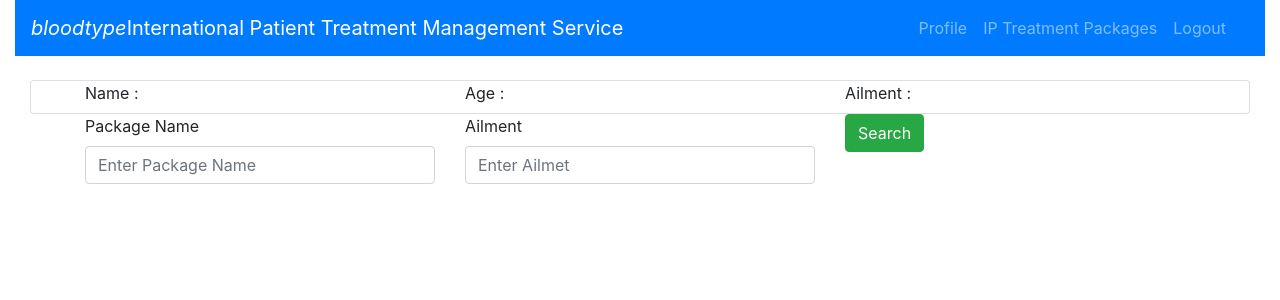
Repository: Vineet2408/POD-Cognizant
Page: http://localhost/iptms-UIportal/WEB-INF/view/IPTreatmentPackagesServices.jsp
An editor plug-in stored every save of this project. The page is shown before and after the next save, followed by the edit.
The browser window is 1280 px wide. The pictures show the whole page.
The page is served by Tomcat 9. Nobody is signed in. The template is opened directly, without the code that normally fills it, so the values that code supplies are empty.

Above is the page before, as saved 2021-03-07 15:58:24.

After the next save:
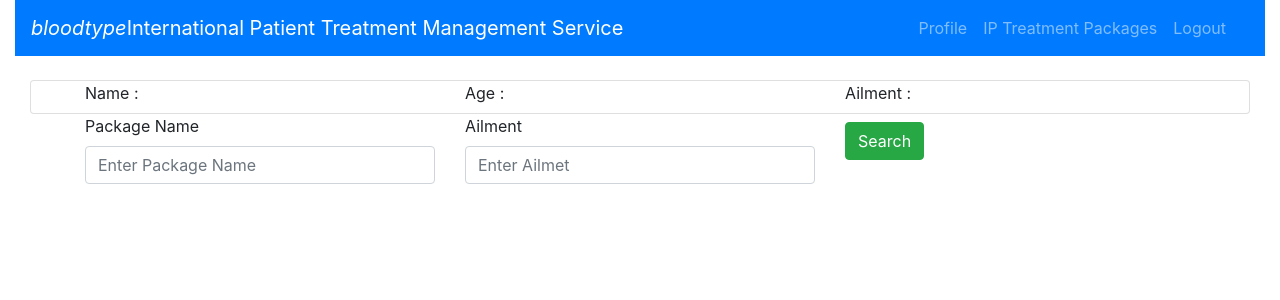
Saved 25 s later.
--- a/iptms-UIportal/src/main/webapp/WEB-INF/view/IPTreatmentPackagesServices.jsp
+++ b/iptms-UIportal/src/main/webapp/WEB-INF/view/IPTreatmentPackagesServices.jsp
@@ -49,6 +49,7 @@
 						<input type="text" class="form-control" id="ailmet" name="ailmet" placeholder="Enter Ailmet">
 					</div>
 					<div class="col-md-3">
+						<label> </label><br>
 						<button type="submit" class="btn btn-success">Search </button>
 					</div>
 				</div>
